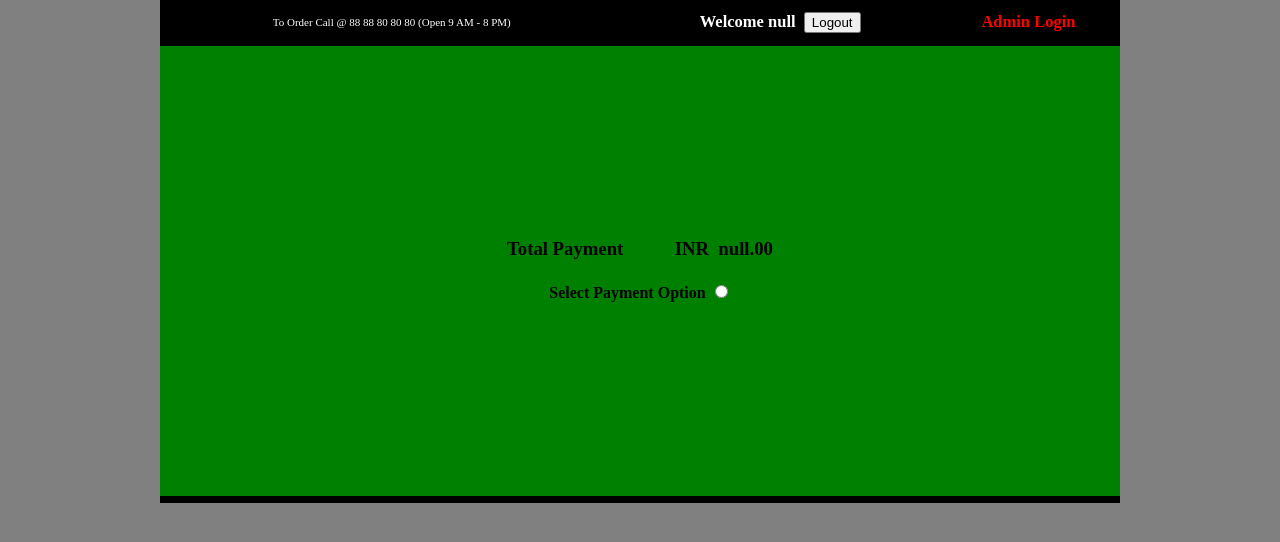
Repository: aashi12/e_mandi
Page: http://localhost/e_mandi/checkOut.jsp
These files come from the project's save history. The page is drawn as it stood at one moment and after the next save; the edit follows.
The browser window is 1280 px wide. The pictures show the whole page.
The page is served by Tomcat 9. Other server files are loaded and not shown.

Above is the page before, as saved 2014-04-13 10:31:34.

### e_mandi/WebContent/checkOut.jsp
<%@ page language="java" contentType="text/html; charset=ISO-8859-1"
    pageEncoding="ISO-8859-1"%>
<!DOCTYPE html PUBLIC "-//W3C//DTD HTML 4.01 Transitional//EN" "http://www.w3.org/TR/html4/loose.dtd">
<html>
<head>
<meta http-equiv="Content-Type" content="text/html; charset=ISO-8859-1">
<title>Online e-Mandi</title>
<link rel="stylesheet" href="style.css" />
</head>
<body bgcolor="gray">
<div id="container">
<div id="main">
<table border="0" width="960" height="255" cellspacing="0" cellpadding="0">
<tr>
<td height="30" bgcolor="black" class="order">
<table border="0" width="960" height="30" cellspacing="0" cellpadding="0">
<tr>
<td align="center"><p>To Order Call @ 88 88 80 80 80 (Open 9 AM - 8 PM)</p></td>
<td align="center">
<!-- user login details -->
<%
String usd =(String)session.getAttribute("user");
out.print("<h2>Welcome "+usd); %>&nbsp;
<a href="Logout1"><input type="button" value="Logout"></a></h2> </td>
<td align="center"><h2 class="admin"><a href="#">Admin Login</a></h2></td>
</tr></table></td>
</tr>
<tr>
<td bgcolor="green" height="450" align="center">
<!--  payment details    -->
<% Integer tot=(Integer)session.getAttribute("amount"); %>
<h3>Total Payment &nbsp;&nbsp;&nbsp;&nbsp;&nbsp;&nbsp;&nbsp;&nbsp;&nbsp;&nbsp;INR &nbsp;<%= tot %>.00</h3>
<h4>Select Payment Option <input type="radio" name="pay"/></h4>
</td>
</tr>
<tr>
<td height="7" bgcolor="black"></td>
</tr>
</table>
</div>
</div>
</body>
</html>

### e_mandi/WebContent/style.css
#container{margin-top:-10px;}
#main{margin: 0px auto;width:960px;}
.tab{color:#000;text-decoration:none;}
.tab a{color:#000;text-decoration:none;}
.tab a:hover{color:#fff;text-decoration:none;}
.tab12{color:#fff;text-decoration:none;}
.tab12 a{color:#fff;text-decoration:none;}
.tab12 a:hover{color:red;text-decoration:none;}
.bann{background-image: url(images/header.jpg);}
.order{color:#fff; font-size:11px;}
.free{padding-left:400px;}
.logo{padding-bottom:50px;}
.basket{border-radius:10px;}
.foot{color:#fff;}
.cat{color:#000;text-decoration:none;}
.cat a{color:red;text-decoration:none;}
.cat a:hover{color:green;text-decoration:none;}
.admin{color:red;text-decoration:none; }
.admin a{color:red; text-decoration:none;}
.admin a:hover{color:#fff;text-decoration:none; }
#con1{padding-left:20px;padding-right:20px;}
img{border:none;}
a{text-decoration:none;}
.log a{text-decoration:none;}
.section a{color:green;text-decoration:none;}
.section a:hover{color:red;text-decoration:none;}
.quick{color:green;text-decoration:underline;}
#login
{
	text-align:center;

}

After the next save:
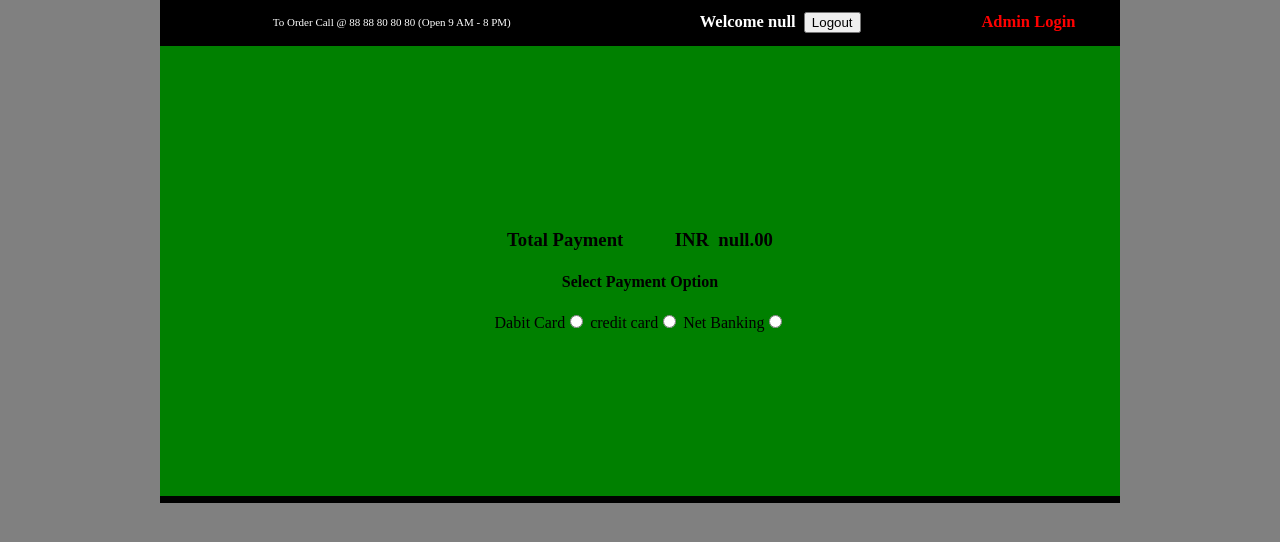
Saved 74 s later.
--- a/e_mandi/WebContent/checkOut.jsp
+++ b/e_mandi/WebContent/checkOut.jsp
@@ -30,7 +30,10 @@ out.print("<h2>Welcome "+usd); %>&nbsp;
 <!--  payment details    -->
 <% Integer tot=(Integer)session.getAttribute("amount"); %>
 <h3>Total Payment &nbsp;&nbsp;&nbsp;&nbsp;&nbsp;&nbsp;&nbsp;&nbsp;&nbsp;&nbsp;INR &nbsp;<%= tot %>.00</h3>
-<h4>Select Payment Option <input type="radio" name="pay"/></h4>
+<h4>Select Payment Option</h4>
+Dabit Card<input type="radio" name="pay"/>
+credit card<input type="radio" name="pay"/>
+Net Banking<input type="radio" name="pay"/>
 </td>
 </tr>
 <tr>
